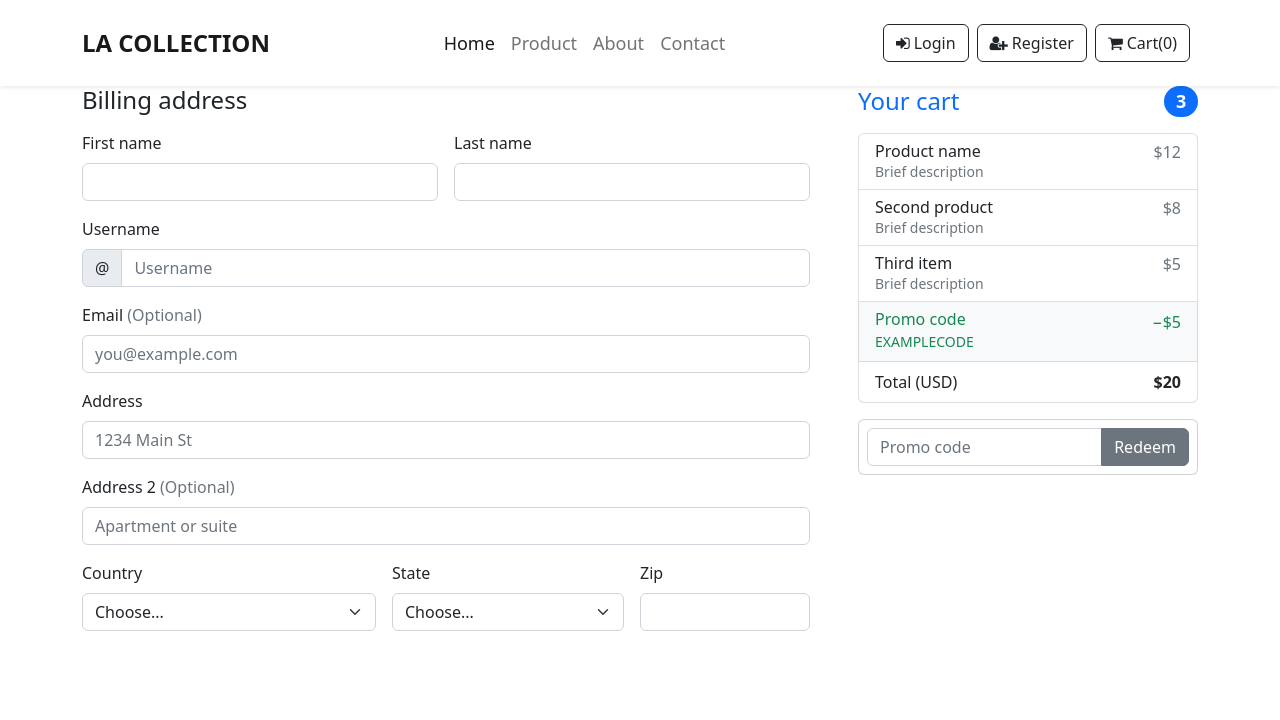
Repository: tiendungjr123/Ecommerce
Page: /checkout
These files come from the project's save history. The page is drawn as it stood at one moment and after the next save; the edit follows.
The browser window is 1280 px wide. The pictures show the whole page.
The project was rebuilt for these pictures with package versions that can differ from the ones it lists, and the page was loaded fresh each time. Also part of the build but not shown: src/components/Products.jsx, src/components/Home.jsx, src/redux/action/index.js, src/components/ProductDetail.jsx, src/components/About.jsx, src/components/Contact.jsx, src/components/Cart.jsx.

Above is the page before, as saved 2022-10-04 12:02:04.

After the next save:
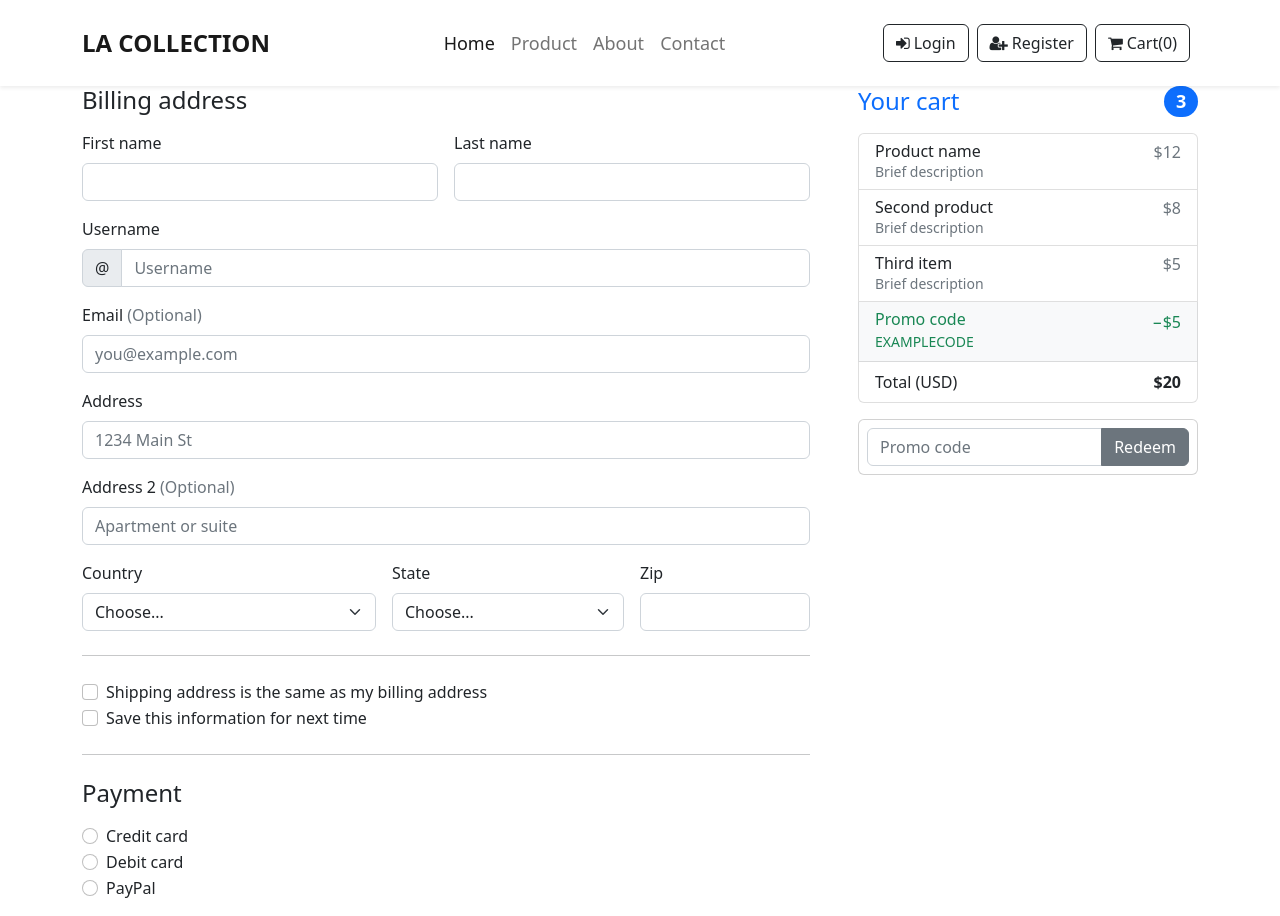
Saved 2 min 17 s later.
--- a/src/components/Checkout.jsx
+++ b/src/components/Checkout.jsx
@@ -57,50 +57,50 @@ const Checkout = () => {
                   <div class="row g-3">
                      <div class="col-sm-6">
                         <label for="firstName" class="form-label">First name</label>
-                        <input type="text" class="form-control" id="firstName" placeholder="" value="" required=""/>
-                           <div class="invalid-feedback">
-                              Valid first name is required.
-                           </div>
+                        <input type="text" class="form-control" id="firstName" placeholder="" value="" required="" />
+                        <div class="invalid-feedback">
+                           Valid first name is required.
+                        </div>
                      </div>
 
                      <div class="col-sm-6">
                         <label for="lastName" class="form-label">Last name</label>
-                        <input type="text" class="form-control" id="lastName" placeholder="" value="" required=""/>
-                           <div class="invalid-feedback">
-                              Valid last name is required.
-                           </div>
+                        <input type="text" class="form-control" id="lastName" placeholder="" value="" required="" />
+                        <div class="invalid-feedback">
+                           Valid last name is required.
+                        </div>
                      </div>
 
                      <div class="col-12">
                         <label for="username" class="form-label">Username</label>
                         <div class="input-group has-validation">
                            <span class="input-group-text">@</span>
-                           <input type="text" class="form-control" id="username" placeholder="Username" required=""/>
-                              <div class="invalid-feedback">
-                                 Your username is required.
-                              </div>
+                           <input type="text" class="form-control" id="username" placeholder="Username" required="" />
+                           <div class="invalid-feedback">
+                              Your username is required.
+                           </div>
                         </div>
                      </div>
 
                      <div class="col-12">
                         <label for="email" class="form-label">Email <span class="text-muted">(Optional)</span></label>
-                        <input type="email" class="form-control" id="email" placeholder="you@example.com"/>
-                           <div class="invalid-feedback">
-                              Please enter a valid email address for shipping updates.
-                           </div>
+                        <input type="email" class="form-control" id="email" placeholder="you@example.com" />
+                        <div class="invalid-feedback">
+                           Please enter a valid email address for shipping updates.
+                        </div>
                      </div>
 
                      <div class="col-12">
                         <label for="address" class="form-label">Address</label>
-                        <input type="text" class="form-control" id="address" placeholder="1234 Main St" required=""/>
-                           <div class="invalid-feedback">
-                              Please enter your shipping address.
-                           </div>
+                        <input type="text" class="form-control" id="address" placeholder="1234 Main St" required="" />
+                        <div class="invalid-feedback">
+                           Please enter your shipping address.
+                        </div>
                      </div>
 
                      <div class="col-12">
                         <label for="address2" class="form-label">Address 2 <span class="text-muted">(Optional)</span></label>
-                        <input type="text" class="form-control" id="address2" placeholder="Apartment or suite"/>
+                        <input type="text" class="form-control" id="address2" placeholder="Apartment or suite" />
                      </div>
 
                      <div class="col-md-5">
@@ -127,10 +127,35 @@ const Checkout = () => {
 
                      <div class="col-md-3">
                         <label for="zip" class="form-label">Zip</label>
-                        <input type="text" class="form-control" id="zip" placeholder="" required=""/>
-                           <div class="invalid-feedback">
-                              Zip code required.
-                           </div>
+                        <input type="text" class="form-control" id="zip" placeholder="" required="" />
+                        <div class="invalid-feedback">
+                           Zip code required.
+                        </div>
+                     </div>
+                  </div>
+                  <hr class="my-4" />
+                  <div class="form-check">
+                     <input type="checkbox" class="form-check-input" id="same-address" />
+                     <label class="form-check-label" for="same-address">Shipping address is the same as my billing address</label>
+                  </div>
+                  <div class="form-check">
+                     <input type="checkbox" class="form-check-input" id="save-info" />
+                     <label class="form-check-label" for="save-info">Save this information for next time</label>
+                  </div>
+                  <hr class="my-4" />
+                  <h4 class="mb-3">Payment</h4>
+                  <div class="my-3">
+                     <div class="form-check">
+                        <input id="credit" name="paymentMethod" type="radio" class="form-check-input" checked="" required="" />
+                        <label class="form-check-label" for="credit">Credit card</label>
+                     </div>
+                     <div class="form-check">
+                        <input id="debit" name="paymentMethod" type="radio" class="form-check-input" required="" />
+                        <label class="form-check-label" for="debit">Debit card</label>
+                     </div>
+                     <div class="form-check">
+                        <input id="paypal" name="paymentMethod" type="radio" class="form-check-input" required="" />
+                        <label class="form-check-label" for="paypal">PayPal</label>
                      </div>
                   </div>
                </form>
